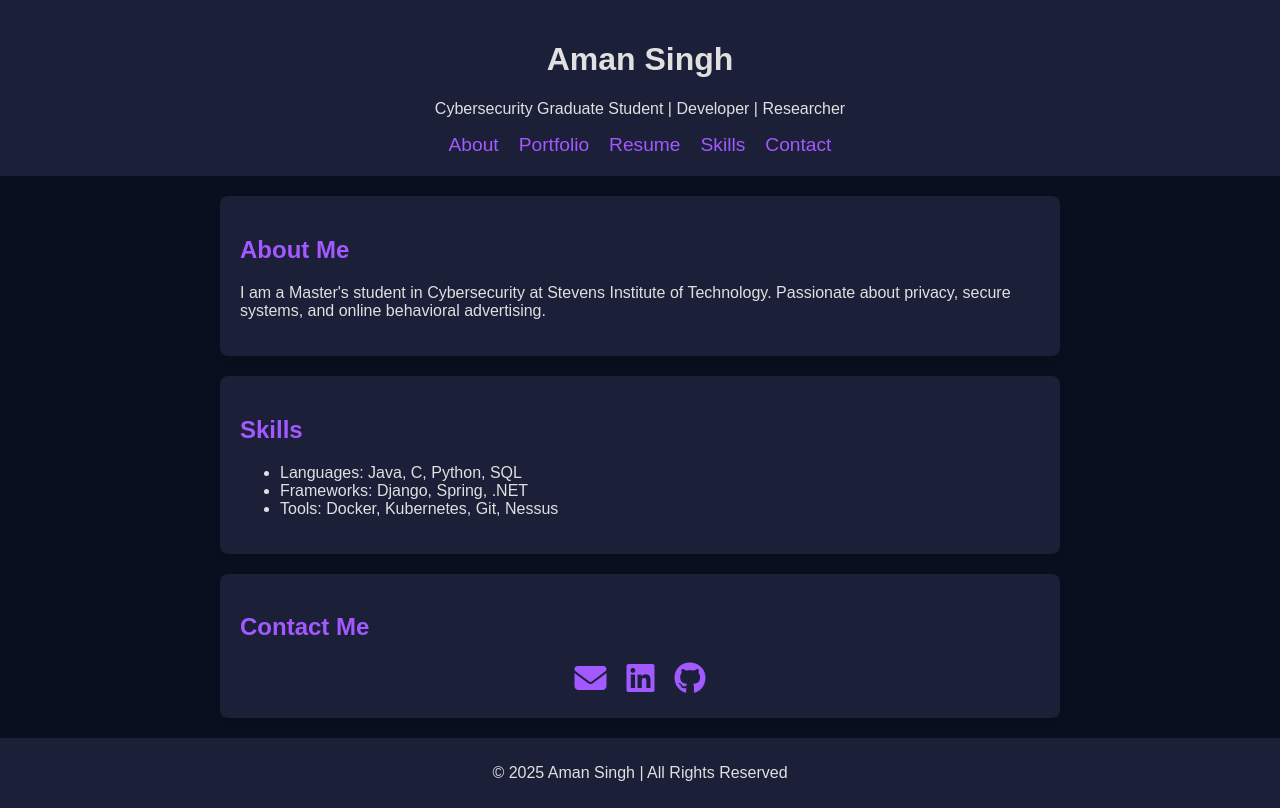
Repository: aman3singh/portfolio
Page: index.html
The author's editor kept a copy of each file at every save. The page is drawn from the files as they stood at one save, then again after the next save.
The browser window is 1280 px wide. The pictures show the whole page.

Above is the page before, as saved 2025-02-11 18:38:48.

### index.html
<!DOCTYPE html>
<html lang="en">
<head>
    <meta charset="UTF-8">
    <meta name="viewport" content="width=device-width, initial-scale=1.0">
    <title>Aman Singh | Cybersecurity Portfolio</title>
    <link rel="stylesheet" href="styles.css">
    <link rel="stylesheet" href="https://cdnjs.cloudflare.com/ajax/libs/font-awesome/6.4.2/css/all.min.css">
</head>
<body>
    <header>
        <h1>Aman Singh</h1>
        <p>Cybersecurity Graduate Student | Developer | Researcher</p>
        <nav>
            <a href="#about">About</a>
            <a href="portfolio.html">Portfolio</a>
            <a href="resume.html">Resume</a>
            <a href="#skills">Skills</a>
            <a href="#contact">Contact</a>
        </nav>
    </header>

    <section id="about">
        <h2>About Me</h2>
        <p>I am a Master's student in Cybersecurity at Stevens Institute of Technology. Passionate about privacy, secure systems, and online behavioral advertising.</p>
    </section>

    <section id="skills">
        <h2>Skills</h2>
        <ul>
            <li>Languages: Java, C, Python, SQL</li>
            <li>Frameworks: Django, Spring, .NET</li>
            <li>Tools: Docker, Kubernetes, Git, Nessus</li>
        </ul>
    </section>

    <section id="contact">
        <h2>Contact Me</h2>
        <div class="social-links" style="display: flex; gap: 20px; font-size: 2rem;">
            <a href="mailto:aman3singh.work@gmail.com" target="_blank">
                <i class="fa-solid fa-envelope"></i>
            </a>
            <a href="https://www.linkedin.com/in/aman-singh7/" target="_blank">
                <i class="fa-brands fa-linkedin"></i>
            </a>
            <a href="https://github.com/aman3singh" target="_blank">
                <i class="fa-brands fa-github"></i>
            </a>
        </div>
    </section>

    <footer>
        <p>© 2025 Aman Singh | All Rights Reserved</p>
    </footer>
</body>
</html>

### styles.css
body {
    font-family: 'Arial', sans-serif;
    margin: 0;
    padding: 0;
    background-color: #0A0F1F;
    color: #E0E0E0;
}

header {
    background-color: #1B1F38;
    color: 	#E0E0E0;
    text-align: center;
    padding: 20px;
}

nav {
    display: flex;
    justify-content: center;
    gap: 20px;
}

nav a {
    color: #A259FF;
    text-decoration: none;
    font-size: 1.2em;
    transition: color 0.3s;
}

nav a:hover {
    color: #00E5FF;
}

section {
    padding: 20px;
    margin: 20px auto;
    max-width: 800px;
    background: #1B1F38;
    box-shadow: 0px 4px 6px rgba(0, 0, 0, 0.1);
    border-radius: 8px;
}

h2 {
    color: #A259FF;
}

.project {
    border-left: 4px solid #A259FF;
    padding-left: 10px;
    margin-bottom: 15px;
}

.social-links {
    display: flex;
    justify-content: center;
    gap: 15px;
    font-size: 2rem;
}

.social-links a {
    color: #A259FF;
    transition: color 0.3s;
}

.social-links a:hover {
    color: #00E5FF;
}

footer {
    text-align: center;
    padding: 10px;
    background-color: #1B1F38;
    color: #E0E0E0;
}

After the next save:
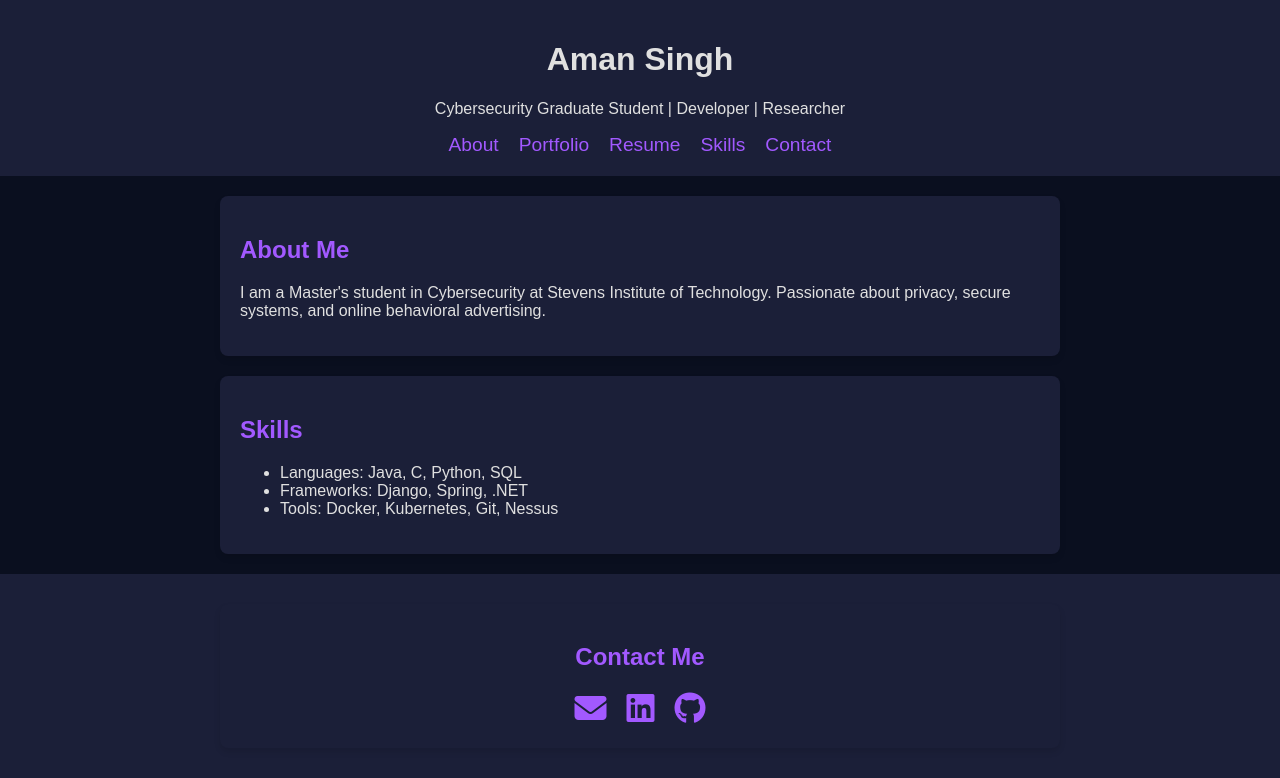
Saved 12 min 29 s later.
--- a/index.html
+++ b/index.html
@@ -34,23 +34,23 @@
         </ul>
     </section>
 
-    <section id="contact">
-        <h2>Contact Me</h2>
-        <div class="social-links" style="display: flex; gap: 20px; font-size: 2rem;">
-            <a href="mailto:aman3singh.work@gmail.com" target="_blank">
-                <i class="fa-solid fa-envelope"></i>
-            </a>
-            <a href="https://www.linkedin.com/in/aman-singh7/" target="_blank">
-                <i class="fa-brands fa-linkedin"></i>
-            </a>
-            <a href="https://github.com/aman3singh" target="_blank">
-                <i class="fa-brands fa-github"></i>
-            </a>
-        </div>
-    </section>
+
 
     <footer>
-        <p>© 2025 Aman Singh | All Rights Reserved</p>
+        <section id="contact">
+            <h2>Contact Me</h2>
+            <div class="social-links" style="display: flex; gap: 20px; font-size: 2rem;">
+                <a href="mailto:aman3singh.work@gmail.com" target="_blank">
+                    <i class="fa-solid fa-envelope"></i>
+                </a>
+                <a href="https://www.linkedin.com/in/aman-singh7/" target="_blank">
+                    <i class="fa-brands fa-linkedin"></i>
+                </a>
+                <a href="https://github.com/aman3singh" target="_blank">
+                    <i class="fa-brands fa-github"></i>
+                </a>
+            </div>
+        </section>
     </footer>
 </body>
 </html>
